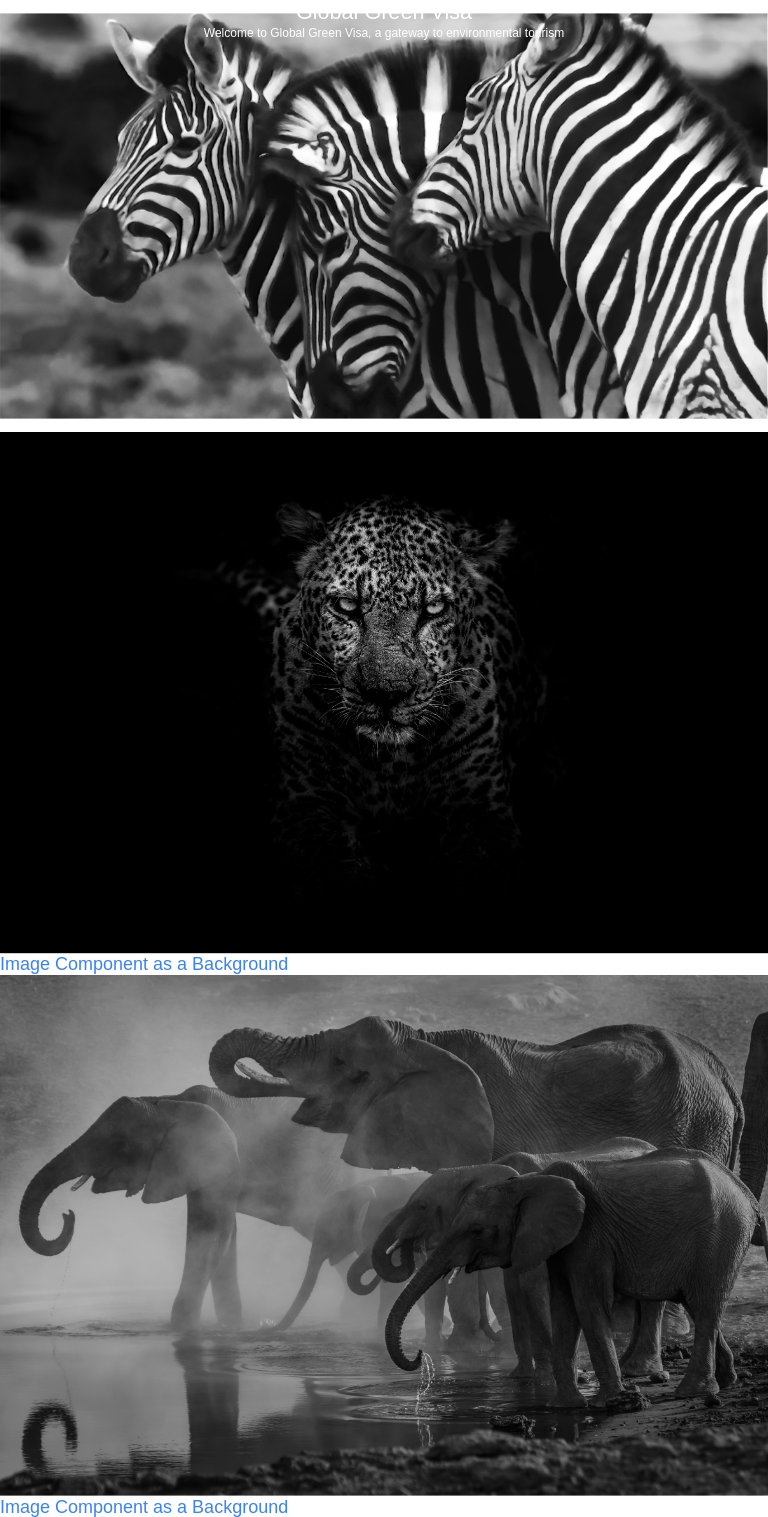
Repository: BrightonMboya/ggv-landingPage
Page: /
The author's editor kept a copy of each file at every save. The page is drawn from the files as they stood at one save, then again after the next save.
The browser window is 1280 px wide. The pictures show the whole page, at 60% of full size.
The project was rebuilt for these pictures with package versions that can differ from the ones it lists, and the page was loaded fresh each time. The framework's server and built-in components were replaced by stand-ins that run in the browser. Also part of the build but not shown: next.config.js.

Above is the page before, as saved 2022-06-13 20:19:14.

### pages/index.js
import React from "react";
import styles from "../styles/Home.module.css";
import HomePage from "./HomePage";
import AboutUs from "./AboutUs";
import Contactus from "./Contactus";

// const index = () => {
//   return (
//     <React.Fragment>
//       <div className={`${styles.global} ${styles.container}`}>
//         <section className={`${styles.section}`}>
//           <HomePage />
//         </section>
//         <section className={`${styles.section}`}>
//           <AboutUs />
//         </section>
//         <section className={`${styles.section} ${styles.three}`}>
//           <Contactus />
//         </section>
//       </div>
//     </React.Fragment>
//   );
// };

const index = () => {
  return (
    <React.Fragment>
      <div className={styles.global}>
        <div className={styles.container}>
          <section className={styles.section}>
            <HomePage />
          </section>
          <section className={styles.section}>
            <AboutUs />
          </section>
          <section className={styles.section}>
            <Contactus />
          </section>
        </div>
      </div>
    </React.Fragment>
  );
};

export default index;

### styles/Home.module.css
.global {
  margin: 0;
  padding: 0;
  box-sizing: border-box;
  font-family: sans-serif;
  /* border: 2px solid yellow; */
}
.section {
  /* height: 100vh; */
  display: flex;
  justify-content: center;
  align-items: center;
  scroll-snap-align: start;
}

.container {
  scroll-snap-type: y mandatory;
  overflow-y: scroll;
  /* height: 100vh; */
  /* border: 2px solid red; */
}

.bgWrap {
  /* position: fixed; */
  /* height: 100vh; */
  /* min-height: 80vh; */
  width: 100vw;
  overflow: hidden;
  z-index: -1;
  background-size: cover;
  -webkit-background-size: cover;
  -moz-background-size: cover;
  -moz-background-size: cover;
  background: center no-repeat;
}

.bg {
  max-width: 100%;
  position: relative;
}

/* @media and (max-width: 480px) {
} */

### pages/HomePage.js
import React from "react";
import styles from "../styles/Home.module.css";
import Image from "next/image";

const HomePage = () => {
  return (
    <div className="h-[100vh] flex justify-center items-center">
      <div className={`${styles.bgWrap} ${styles.bg}`}>
        <Image
          src="/home.jpg"
          layout="responsive"
          width={900}
          height={475}
          objectFit="cover"
          quality={100}
        />
      </div>

      <div className="absolute top-[50%] sm:top-0">
        <h2 className="text-white text-4xl text-center">Global Green Visa</h2>
        <p className="text-white text-xl text-center">
          Welcome to Global Green Visa, a gateway to environmental tourism
        </p>
      </div>
    </div>
  );
};

export default HomePage;

### pages/AboutUs.js
import Image from "next/image";
import styles from "../styles/Home.module.css";
// import home from "./assets/home.jpg";

const AboutUs = () => {
  return (
    <div>
      <div className={styles.bgWrap}>
        <Image
          src="/about.jpg"
          layout="responsive"
          // objectFit="cover"
          quality={100}
          width={700}
          height={475}
        />
      </div>
      <p className="text-blue-500 text-3xl">Image Component as a Background</p>
    </div>
  );
};

export default AboutUs;

### pages/Contactus.js
import React from "react";
import Image from "next/image";
import styles from "../styles/Home.module.css";

const Contactus = () => {
  return (
    <div>
      <div className={styles.bgWrap}>
        <Image
          src="/contact.jpg"
          layout="responsive"
          objectFit="cover"
          quality={100}
          width={700}
          height={475}
        />
      </div>
      <p className="text-blue-500 text-3xl">Image Component as a Background</p>
    </div>
  );
};

export default Contactus;

### tailwind.config.js
module.exports = {
  content: [
    "./pages/**/*.{js,ts,jsx,tsx}",
    "./components/**/*.{js,ts,jsx,tsx}"
  ],
  theme: {
    extend: {
      colors: {
        black: "#000107",
        slate: "#E3F1EF"
      }
    }
  },
  plugins: []
};

Loaded but not shown: pages/_app.js (common file); styles/globals.css (common file)

After the next save:
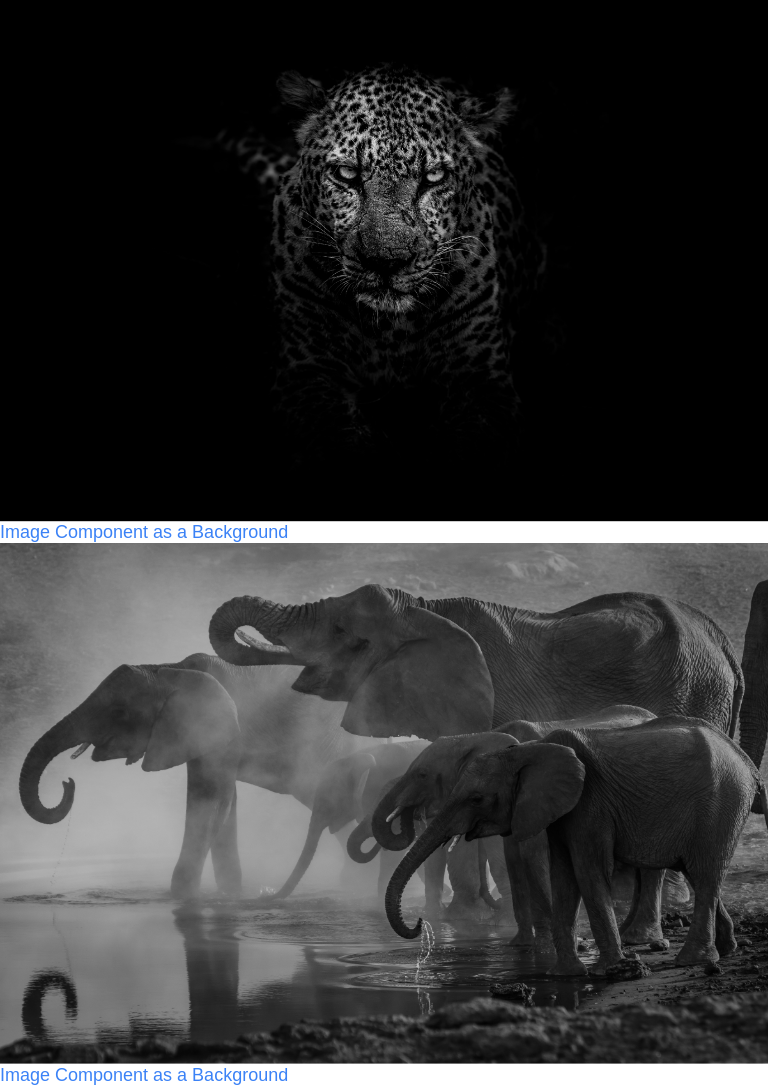
Saved 47 s later.
--- a/pages/HomePage.js
+++ b/pages/HomePage.js
@@ -4,7 +4,7 @@
 
 const HomePage = () => {
   return (
-    <div className="h-[100vh] flex justify-center items-center">
+    <div className="h-[100vh] flex justify-center items-center sm:h-0">
       <div className={`${styles.bgWrap} ${styles.bg}`}>
         <Image
           src="/home.jpg"

After the 4 saves that followed:
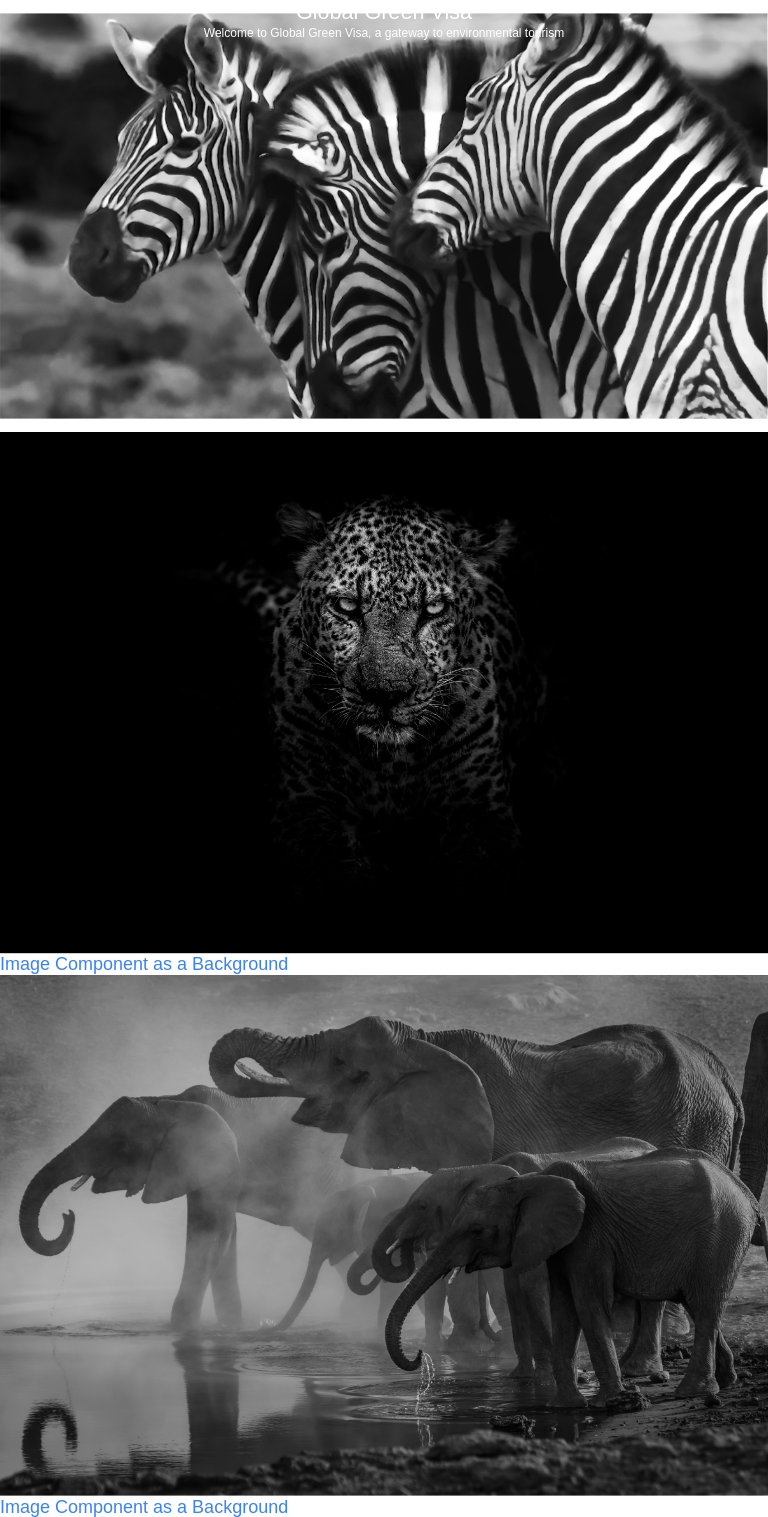
The 4 saves are shown as one change because 3 left the picture as it was.
The last was saved 3 min 16 s later.
--- a/pages/HomePage.js
+++ b/pages/HomePage.js
@@ -4,7 +4,7 @@
 
 const HomePage = () => {
   return (
-    <div className="h-[100vh] flex justify-center items-center sm:h-0">
+    <div className="lg:justify-center lg:items-center sm:h-0 lg:flex lg:h-[100vh]">
       <div className={`${styles.bgWrap} ${styles.bg}`}>
         <Image
           src="/home.jpg"
